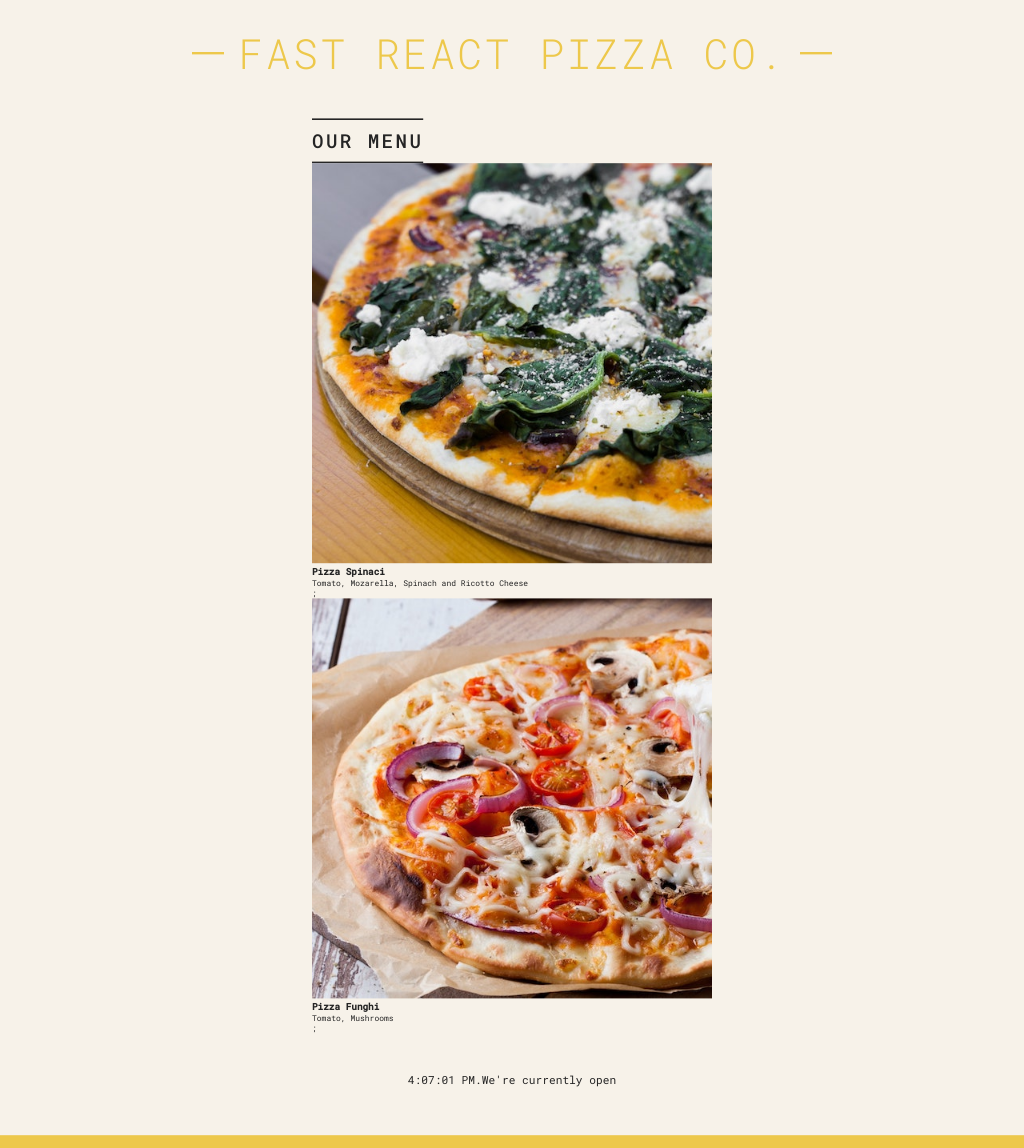
Repository: Aaryan-Poria/pizza-menu
Page: /
The author's editor kept a copy of each file at every save. The page is drawn from the files as they stood at one save, then again after the next save.
The browser window is 1280 px wide. The pictures show the whole page, at 80% of full size.
The project was rebuilt for these pictures with package versions that can differ from the ones it lists, and the page was loaded fresh each time.

Above is the page before, as saved 2023-10-10 21:33:49.

After the next save:
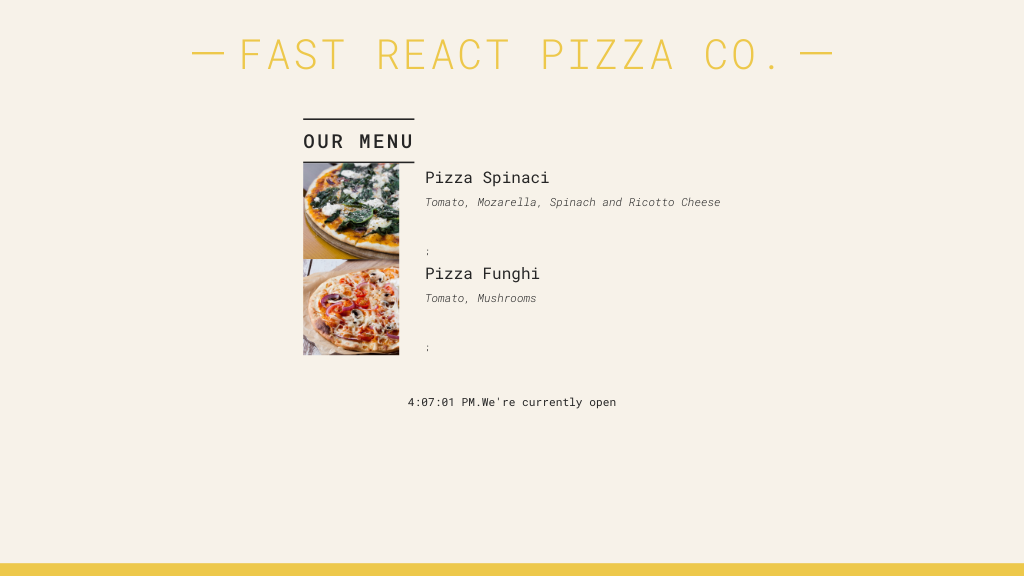
Saved 104 s later.
--- a/src/index.js
+++ b/src/index.js
@@ -92,10 +92,12 @@ function Pizza(props) {
   // Receiving props (Properties in function)
   console.log(props);
   return (
-    <div>
+    <div className="pizza">
       <img src={props.photoName} alt={props.name}></img>
-      <h3>{props.name}</h3>
-      <p>{props.ingredients}</p>;
+      <div>
+        <h3>{props.name}</h3>
+        <p>{props.ingredients}</p>;
+      </div>
     </div>
   );
 }
